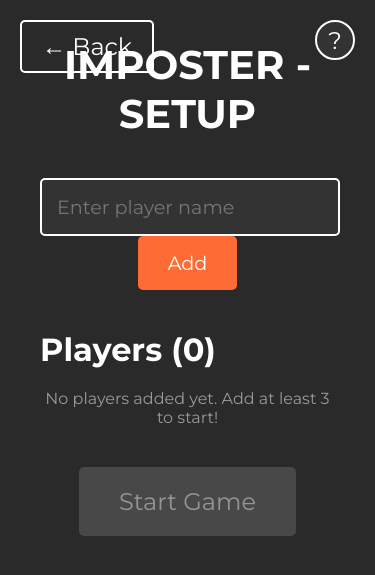
Repository: nfemmanuel/game-night-app
Page: /imposter-setup
An editor plug-in stored every save of this project. The page is shown before and after a run of saves, followed by the edit.
The browser window is 375 px wide. The pictures show the whole page.
The project was rebuilt for these pictures with package versions that can differ from the ones it lists, and the page was loaded fresh each time. Also part of the build but not shown: src/components/GameCard.module.css, src/components/GameCard.jsx, src/pages/LandingPage.jsx, src/data/wordList.js, src/pages/ImposterReveal.jsx, src/pages/ImposterVoting.jsx.

Above is the page before, as saved 2025-12-31 18:19:35.

After the next 2 saves:
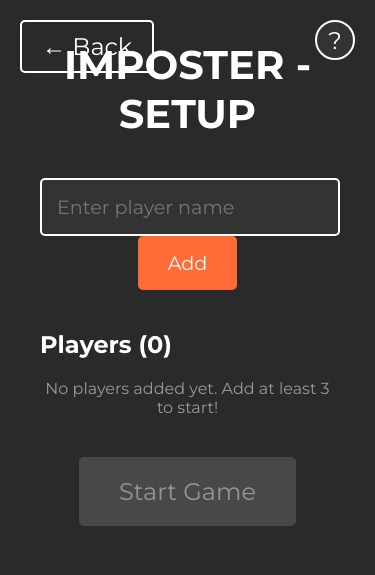
The 2 saves are shown as one change because they came seconds apart.
The last was saved 11 s later.
--- a/src/styles/global.css
+++ b/src/styles/global.css
@@ -42,7 +42,8 @@ button {
         font-size: 2.5rem !important;
     }
 
-    h2 {
-        font-size: 2rem !important;
-    }
+        .card h2 {
+            font-size: 1.2rem;
+            margin-bottom: 8px;
+        }
 }
